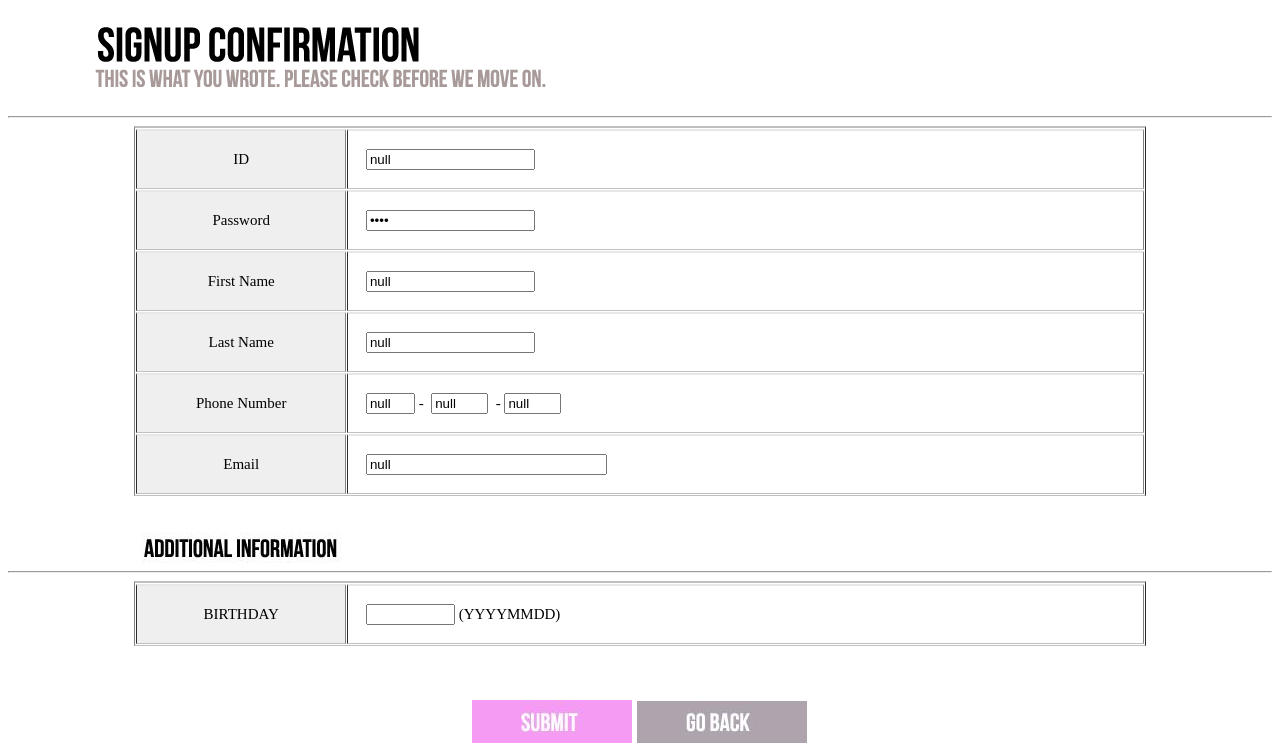
Repository: kminjoo/Making-website-using-JSP
Page: http://localhost/website_project/RegisterProc.jsp
An editor plug-in stored every save of this project. The page is shown before and after the next save, followed by the edit.
The browser window is 1280 px wide. The pictures show the whole page.
The page is served by Tomcat 9. Other server files are loaded and not shown.

Above is the page before, as saved 2015-07-21 14:40:06.

### website_project/WebContent/RegisterProc.jsp
<%@ page language="java" contentType="text/html; charset=EUC-KR"
    pageEncoding="EUC-KR"%>
<% request.setCharacterEncoding("UTF-8"); %>

<jsp:useBean id="regBean" class="signUp.RegisterBean"/>
<jsp:setProperty name="regBean" property="*"/>

<!DOCTYPE html PUBLIC "-//W3C//DTD HTML 4.01 Transitional//EN" "http://www.w3.org/TR/html4/loose.dtd">
<html>
<head>
<meta http-equiv="Content-Type" content="text/html; charset=EUC-KR">
<title>Welcome to Minjoo's Website!</title>
<link href="style.css" rel="stylesheet" type="text/css">
<script language="JavaScript" src="script.js"></script>
</head>
<body>
<div>&nbsp;&nbsp;&nbsp;&nbsp;&nbsp;&nbsp;&nbsp;&nbsp;&nbsp;&nbsp;

<img src="<%=request.getContextPath() %>/images/signupconfirm.gif">
</div>
<hr>
<table border="1" cellpadding="18" cellspacing="1" width="80%" align="center">
<form name="regForm" method="post" action="MemberInsert.jsp">
	<tr>
		<td width="13%" align="center" bgcolor="#EFEFEF">ID</td>
		<td width="60%"><input type="text" name="mem_id" size="18" value =
		"<jsp:getProperty name="regBean" property="mem_id"/>">&nbsp;&nbsp;&nbsp;</td>
	</tr>
	<tr>
		<td width="13%" align="center" bgcolor="#EFEFEF">Password</td>
		<td width="60%"><input type="password" name="mem_password" size="18"
		value ="<jsp:getProperty name="regBean" property="mem_password"/>">
	</tr>
	<tr>
		<td width="13%" align="center" bgcolor="#EFEFEF">First Name</td>
		<td width="60%"><input type="text" name="mem_firstname" size="18"
		value ="<jsp:getProperty name="regBean" property="mem_firstname"/>"></td>
	</tr>
	<tr>
		<td width="13%" align="center" bgcolor="#EFEFEF">Last Name</td>
		<td width="60%"><input type="text" name="mem_lastname" size="18"
		value ="<jsp:getProperty name="regBean" property="mem_lastname"/>"></td>
	</tr>
	<tr>
		<td width="13%" align="center" bgcolor="#EFEFEF">Phone Number</td>
		<td width="30%"><input type="text" name="mem_phone1" size="3" maxlength="3"
			onKeyUp="if(this.value.length==3)regForm.mem_phone2.focus()"
			value ="<jsp:getProperty name="regBean" property="mem_phone1"/>">&nbsp;-&nbsp;
		<input type="text" name="mem_phone2" size="4" maxlength="4"
		onKeyUp="if(this.value.length==3)regForm.mem_phone3.focus()"
		value ="<jsp:getProperty name="regBean" property="mem_phone2"/>">
		&nbsp;-&nbsp;<input type="text" name="mem_phone3" size="4" maxlength="4"
		value ="<jsp:getProperty name="regBean" property="mem_phone3"/>"></td>
	</tr>
	<tr>
    <td width="13%" align="center" bgcolor="#EFEFEF">Email</td>
    <td width="60%"><input type="text" name="mem_email" size="27"
    value ="<jsp:getProperty name="regBean" property="mem_email"/>">
  </tr>
</table>
<br><br>
<div>
&nbsp;&nbsp;&nbsp;&nbsp;&nbsp;&nbsp;&nbsp;&nbsp;&nbsp;&nbsp;&nbsp;
&nbsp;&nbsp;&nbsp;&nbsp;&nbsp;&nbsp;&nbsp;&nbsp;&nbsp;&nbsp;&nbsp;
&nbsp;&nbsp;&nbsp;&nbsp;&nbsp;
<img src="<%=request.getContextPath() %>/images/additional.JPG"/></div>
<hr>
<table border="1" cellpadding="18" cellspacing="1" width="80%" align="center">
<tr>
<%
String bday = regBean.getMem_birthday();
if(bday == null)
  bday = "";
%>
		<td width="13%" align="center" bgcolor="#EFEFEF">BIRTHDAY</td>
		<td width="60%"><input type="text" name="mem_birthday" size="8" maxlength="8"
		value =<%=bday %>>
		(YYYYMMDD)</td>
</tr>
</table>

<br>
<br>
&nbsp;&nbsp;&nbsp;&nbsp;&nbsp;&nbsp;&nbsp;&nbsp;&nbsp;&nbsp;&nbsp;
<div align="center">
	<a href="#" onclick="inputCheck2(); return false;">
	<img src="<%=request.getContextPath() %>/images/submit.JPG"/></a>
	<a href="#" onclick="history.back();">
	<img src="<%=request.getContextPath() %>/images/goback.JPG"/></a>

</div>
</form>

</body>
</html>

### website_project/src/signUp/RegisterBean.java
package signUp;

public class RegisterBean {
  private String mem_id;
  private String mem_password;
  private String mem_firstname;
  private String mem_lastname;
  private String mem_phone1;
  private String mem_phone2;
  private String mem_phone3;
  private String mem_email;
  private String mem_birthday;
  public String getMem_id() {
    return mem_id;
  }
  public void setMem_id(String mem_id) {
    this.mem_id = mem_id;
  }
  public String getMem_password() {
    return mem_password;
  }
  public void setMem_password(String mem_password) {
    this.mem_password = mem_password;
  }
  public String getMem_firstname() {
    return mem_firstname;
  }
  public void setMem_firstname(String mem_firstname) {
    this.mem_firstname = mem_firstname;
  }
  public String getMem_lastname() {
    return mem_lastname;
  }
  public void setMem_lastname(String mem_lastname) {
    this.mem_lastname = mem_lastname;
  }
  public String getMem_phone1() {
    return mem_phone1;
  }
  public void setMem_phone1(String mem_phone1) {
    this.mem_phone1 = mem_phone1;
  }
  public String getMem_phone2() {
    return mem_phone2;
  }
  public void setMem_phone2(String mem_phone2) {
    this.mem_phone2 = mem_phone2;
  }
  public String getMem_phone3() {
    return mem_phone3;
  }
  public void setMem_phone3(String mem_phone3) {
    this.mem_phone3 = mem_phone3;
  }
  public String getMem_email() {
    return mem_email;
  }
  public void setMem_email(String mem_email) {
    this.mem_email = mem_email;
  }
  public String getMem_birthday() {
    return mem_birthday;
  }
  public void setMem_birthday(String mem_birthday) {
    this.mem_birthday = mem_birthday;
  }

}

### website_project/WebContent/style.css
@CHARSET "EUC-KR";

hr {
    display: block;
    margin-top: 0.5em;
    margin-bottom: 0.5em;
    margin-left: auto;
    margin-right: auto;
    border-style: inset;
    border-width: 1px;
}
div{
	font-family: arial;
}
/*table {
    display: table;
    border-collapse: collpase;
    border-spacing: 0px;
    border-color: #EFEFEF;
}*/

img{vertical-align:middle;}

table{table-layout:fixed;border-top:2px solid #c0c0c0;border-bottom:1px solid #c0c0c0;}

td{border-top:2px solid #e7e7e7;color:black;line-height:140%;font-size:15px;}

### website_project/WebContent/script.js
/**
 *
 */


function loginCheck(){
	if(document.login.mem_id.value==""){
		alert("Enter your ID.");
		document.login.mem_id.focus();
		return;
	}
	if(document.login.mem_passwd.value==""){
		alert("Enter your password.");
		document.login.mem_passwd.focus();
		return;
	}
	document.login.submit();

}

function memberReg(){
	location.href ="Register.jsp";
}
function idCheck(id){
	if(id == ""){
	alert("Enter your ID.");
	document.regForm.mem_id.focus();
	}else{
		url="IdCheck.jsp?mem_id=" + id;
		window.open(url,"post","width=300,height=150");
	}
}

function inputCheck(){
	if(document.regForm.mem_id.value==""){
		alert("Enter your ID.");
		document.regForm.mem_id.focus();
		return;
	}
	if(document.regForm.mem_password.value==""){
		alert("Enter your Password.");
		document.regForm.mem_password.focus();
		return;
	}
	if(document.regForm.mem_repasswd.value==""){
		alert("Enter your Password.");
		document.regForm.mem_repasswd.focus();
		return;
	}

	if(document.regForm.mem_password.value != document.regForm.mem_repasswd.value){
		alert("Passwords do not match.");
		document.regForm.mem_passwd.focus();
		return;
	}

	if(document.regForm.mem_firstname.value==""){
		alert("Enter your first name.");
		document.regForm.mem_firstname.focus();
		return;
	}
	if(document.regForm.mem_lastname.value==""){
		alert("Enter your last name.");
		document.regForm.mem_lastname.focus();
		return;
	}
	if(document.regForm.mem_email.value==""){
		alert("Enter your email address.");
		document.regForm.mem_email.focus();
		return;
	}
	if(document.regForm.mem_phone1.value==""){
		alert("Enter your phone number.");
		document.regForm.mem_phone1.focus();
		return;
	}
	if(document.regForm.mem_phone2.value==""){
		alert("Enter your phone number.");
		document.regForm.mem_phone2.focus();
		return;
	}
	if(document.regForm.mem_phone3.value==""){
		alert("Enter your phone number.");
		document.regForm.mem_phone3.focus();
		return;
	}

	var str = document.regForm.mem_email.value;
	var atPos = str.indexOf('@');
	var atLastPos = str.lastIndexOf('@');
	var dotPos = str.indexOf('.');
	var spacePos = str.indexOf(' ');
	var commaPos = str.indexOf(',');
	var emailSize = str.length;

	if(atPos>1 && atPos == atLastPos && dotPos > 3 && spacePos == -1 &&
			commaPos == -1 && atPos + 1 < dotPos && dotPos + 1 < emailSize );
	else{
		alert("This e-mail address is incorrectly formatted. \n\r Please try again.");
		document.regForm.mem_email.focus();
		return;
	}

	document.regForm.submit();
}

function inputCheck2(){
	if(document.regForm.mem_id.value==""){
		alert("Enter your ID.");
		document.regForm.mem_id.focus();
		return;
	}
	if(document.regForm.mem_password.value==""){
		alert("Enter your Password.");
		document.regForm.mem_password.focus();
		return;
	}

	if(document.regForm.mem_firstname.value==""){
		alert("Enter your first name.");
		document.regForm.mem_firstname.focus();
		return;
	}
	if(document.regForm.mem_lastname.value==""){
		alert("Enter your last name.");
		document.regForm.mem_lastname.focus();
		return;
	}
	if(document.regForm.mem_email.value==""){
		alert("Enter your email address.");
		document.regForm.mem_email.focus();
		return;
	}
	if(document.regForm.mem_phone1.value==""){
		alert("Enter your phone number.");
		document.regForm.mem_phone1.focus();
		return;
	}
	if(document.regForm.mem_phone2.value==""){
		alert("Enter your phone number.");
		document.regForm.mem_phone2.focus();
		return;
	}
	if(document.regForm.mem_phone3.value==""){
		alert("Enter your phone number.");
		document.regForm.mem_phone3.focus();
		return;
	}

	var str = document.regForm.mem_email.value;
	var atPos = str.indexOf('@');
	var atLastPos = str.lastIndexOf('@');
	var dotPos = str.indexOf('.');
	var spacePos = str.indexOf(' ');
	var commaPos = str.indexOf(',');
	var emailSize = str.length;

	if(atPos>1 && atPos == atLastPos && dotPos > 3 && spacePos == -1 &&
			commaPos == -1 && atPos + 1 < dotPos && dotPos + 1 < emailSize );
	else{
		alert("This e-mail address is incorrectly formatted. \n\r Please try again.");
		document.regForm.mem_email.focus();
		return;
	}

	document.regForm.submit();
}

function win_close()
{
	self.close();
}

function searchInputCheck(sform){
	if(sform.search.value==""){
	alert("Enter what you want to search");
	sform.search.focus();
	return false;
}
	sform.submit();
}

After the next save:
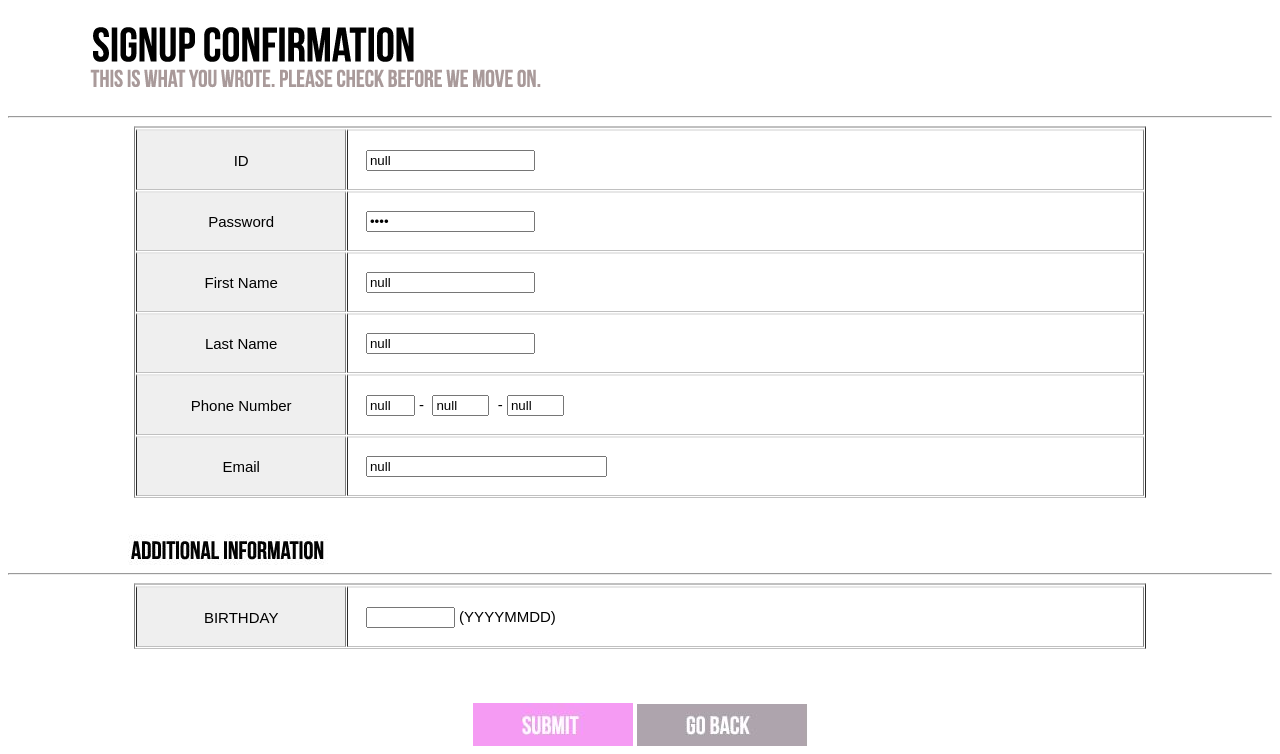
Saved 22 s later.
--- a/website_project/WebContent/style.css
+++ b/website_project/WebContent/style.css
@@ -10,7 +10,6 @@ hr {
     border-width: 1px;
 }
 div{
-	font-family: arial;
 }
 /*table {
     display: table;
@@ -23,4 +22,4 @@ img{vertical-align:middle;}
 
 table{table-layout:fixed;border-top:2px solid #c0c0c0;border-bottom:1px solid #c0c0c0;}
 
-td{border-top:2px solid #e7e7e7;color:black;line-height:140%;font-size:15px;}
+td{border-top:2px solid #e7e7e7;color:black;line-height:140%;font-size:15px;font-family: arial;}
